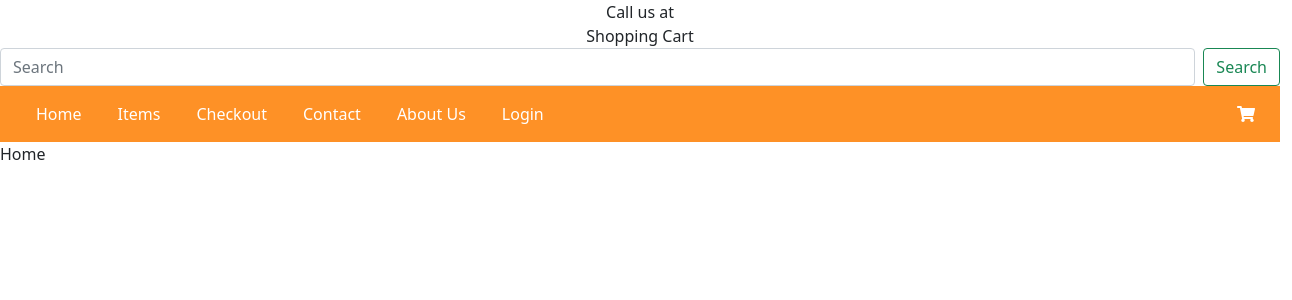
Repository: SaudCh/React-Ecommerce
Page: /
An editor plug-in stored every save of this project. The page is shown before and after the next save, followed by the edit.
The browser window is 1280 px wide. The page is 1292 px wide, so the pictures cover 1292 px, including what lies to the right of the window. The pictures show the whole page.
The project was rebuilt for these pictures with package versions that can differ from the ones it lists, and the page was loaded fresh each time. Also part of the build but not shown: src/App.css.

Above is the page before, as saved 2021-12-05 12:37:53.

### src/App.js
import "./App.css";
import Header from "./Header/Header";
import "../node_modules/bootstrap/dist/css/bootstrap.min.css";
import "../node_modules/bootstrap/dist/js/bootstrap.bundle.min";
import { BrowserRouter, Switch, Route } from "react-router-dom";

function App() {
  return (
    <BrowserRouter>
      <Header />
      <Switch>
        <Route path="/" exact>
          <div>Home</div>
        </Route>
      </Switch>
    </BrowserRouter>
  );
}

export default App;

### src/Header/Header.jsx
import { faShoppingCart } from "@fortawesome/free-solid-svg-icons";
import { FontAwesomeIcon } from "@fortawesome/react-fontawesome";
import React from "react";
import { Link } from "react-router-dom";
import "./Header.css";

export default function Header() {
  return (
    <div>
      <nav className="cotainer-fluid">
        <div className="row">
          <div className="col-12 text-center">
            <p className="m-0 p-0">Call us at </p>
          </div>
          <div className="col-12 text-center">
            <p className="m-0">Shopping Cart</p>
          </div>
          <div className="col-12 text-center">
            <form class="d-flex">
              <input
                class="form-control me-2"
                type="search"
                placeholder="Search"
                aria-label="Search"
              />
              <button class="btn btn-outline-success" type="submit">
                Search
              </button>
            </form>
          </div>
        </div>
      </nav>
      <nav
        class="navbar navbar-expand-md navbar-dark"
        style={{ backgroundColor: "#fe9126" }}
      >
        <div class="container-fluid">
          <Link class="navbar-brand" href="#"></Link>

          <button
            class="navbar-toggler"
            type="button"
            data-bs-toggle="collapse"
            data-bs-target="#navbarSupportedContent"
            aria-controls="navbarSupportedContent"
            aria-expanded="false"
            aria-label="Toggle navigation"
          >
            <span class="navbar-toggler-icon"></span>
          </button>
          <div class="collapse navbar-collapse" id="navbarSupportedContent">
            <ul class="navbar-nav me-auto mb-2 mb-lg-0 nav-ul">
              <li class="nav-item">
                <Link class="nav-link  text-white" aria-current="page" to="#">
                  Home
                </Link>
              </li>
              <li class="nav-item">
                <Link class="nav-link  text-white" to="#">
                  Items
                </Link>
              </li>

              <li class="nav-item">
                <Link
                  class="nav-link text-white"
                  to="#"
                  tabindex="-1"
                  aria-disabled="true"
                >
                  Checkout
                </Link>
              </li>
              <li class="nav-item">
                <Link
                  class="nav-link text-white"
                  to="#"
                  tabindex="-1"
                  aria-disabled="true"
                >
                  Contact
                </Link>
              </li>
              <li class="nav-item">
                <Link
                  class="nav-link text-white"
                  to="#"
                  tabindex="-1"
                  aria-disabled="true"
                >
                  About Us
                </Link>
              </li>
              <li class="nav-item">
                <Link
                  class="nav-link text-white"
                  to="#"
                  tabindex="-1"
                  aria-disabled="true"
                >
                  Login
                </Link>
              </li>
            </ul>
            <button className="btn text-white">
              <FontAwesomeIcon icon={faShoppingCart} />
            </button>
          </div>
        </div>
      </nav>
    </div>
  );
}

### src/Header/Header.css
.nav-ul li {
  margin-right: 20px;
}

Loaded but not shown: public/index.html (common file); src/index.js (common file); src/reportWebVitals.js (common file)

After the next save:
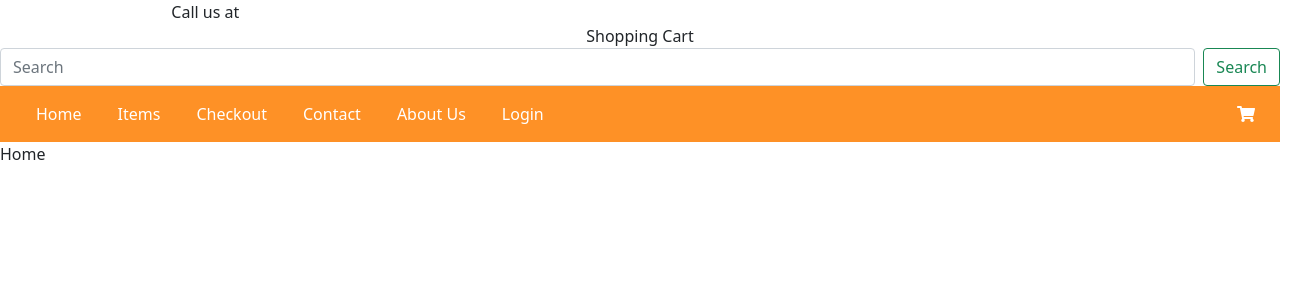
Saved 18 s later.
--- a/src/Header/Header.jsx
+++ b/src/Header/Header.jsx
@@ -9,7 +9,7 @@ export default function Header() {
     <div>
       <nav className="cotainer-fluid">
         <div className="row">
-          <div className="col-12 text-center">
+          <div className="col-12 col-md-4 text-center">
             <p className="m-0 p-0">Call us at </p>
           </div>
           <div className="col-12 text-center">
